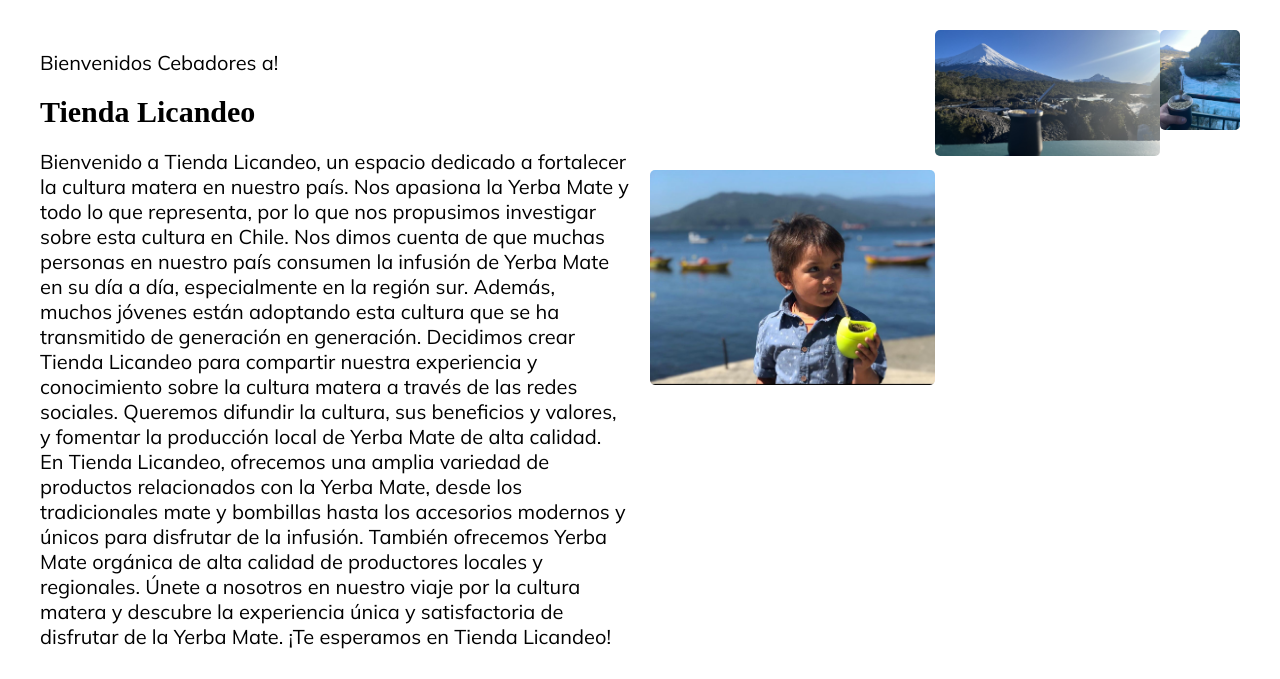
Repository: PiaTrujillo/LICANDEO-main
Page: index.html
The author's editor kept a copy of each file at every save. The page is drawn from the files as they stood at one save, then again after the next save.
The browser window is 1280 px wide. The pictures show the part of the page from y = 748 to 1471 px (the page is 1427 px tall before and 1471 px after).
A picture or video elsewhere on the page could not be fetched, so the positions and the page height are approximate. Some web fonts or font styles are not loaded; a fallback is used. Some web libraries are served in a nearby version.

Above is the page before, as saved 2023-05-09 12:53:08.

After the next save:
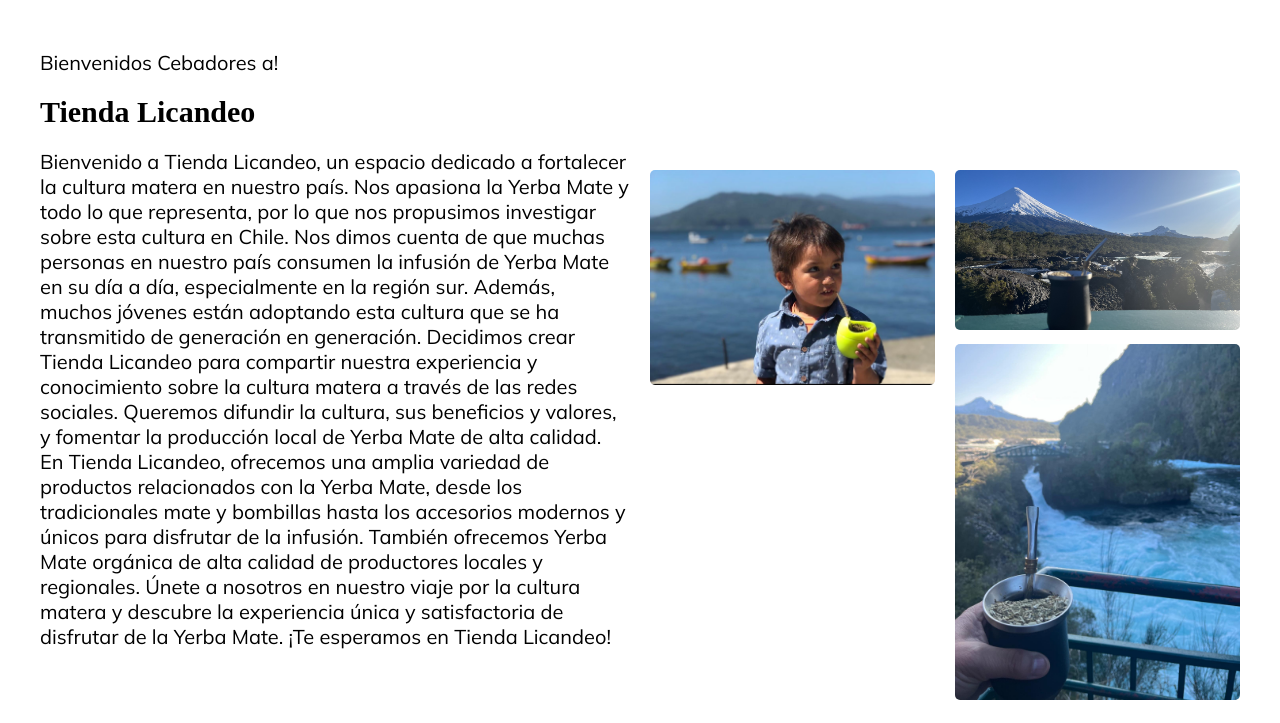
Saved 5 min 32 s later.
--- a/index.html
+++ b/index.html
@@ -85,10 +85,8 @@
         <div class="imagen1">
           <img src="/imag/imagen1.JPG" alt="Mate frutillar" />
         </div>
-        <div class="imagen2">
+        <div class="imagenes2">
           <img src="/imag/imagen2.JPG" alt="Mate salto del petrohue" />
-        </div>
-        <div class="imagen3">
           <img src="/imag/imagen3.JPG" alt="Mate concepcion" />
         </div>
       </div>
